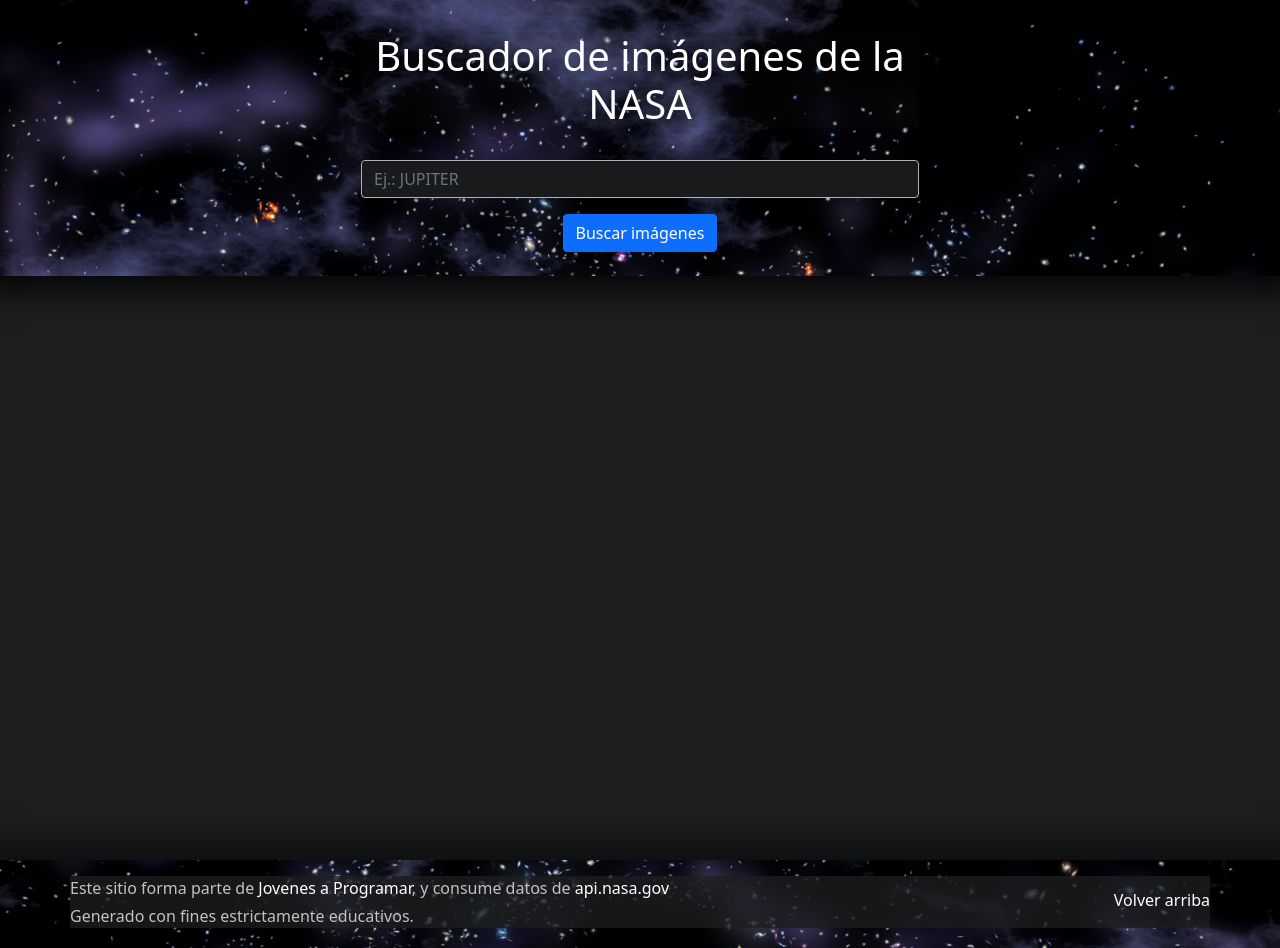
Repository: romancegirl/galaxies
Page: index.html
An editor plug-in stored every save of this project. The page is shown before and after the next save, followed by the edit.
The browser window is 1280 px wide. The pictures show the whole page.

Above is the page before, as saved 2024-11-30 05:43:43.

### index.html
<!doctype html>
<html lang="es">

<head>
  <meta charset="utf-8">
  <meta name="viewport" content="width=device-width, initial-scale=1">
  <title>Buscador de imágenes de la NASA</title>

  <link href="css/bootstrap.min.css" rel="stylesheet">
  <link rel="stylesheet" href="css/style.css">
</head>

<body>

  <header>
    <div id="intro">
      <div class="text-center container">
        <div class="row py-lg-3">
          <div class="col-lg-6 col-md-8 mx-auto" id="beggining">
            <h1 class="fw-light">Buscador de imágenes de la NASA</h1>
            <input type="search" class="form-control" name="buscar" id="inputBuscar" placeholder="Ej.: JUPITER">
            <button class="btn btn-primary my-2" id="btnBuscar">Buscar imágenes</button>
          </div>
        </div>
      </div>
    </div>
  </header>

  <main>
    <div class="container">
      <div id="contenedor">
      </div>
    </div>
  </main>


  <footer class="text-muted py-3">
    <div class="container back">
      <p class="float-end mb-1">
        <a href="#">Volver arriba</a>
      </p>
      <p class="mb-1">Este sitio forma parte de <a href="https://jovenesaprogramar.edu.uy/" target="_blank">
          Jovenes a Programar</a>, y consume datos de <a href="https://api.nasa.gov/" target="_blank">
          api.nasa.gov</a></p>
      <p class="mb-1">Generado con fines estrictamente educativos.</p>
    </div>
  </footer>

  <script src="https://cdn.jsdelivr.net/npm/bootstrap@5.3.1/dist/js/bootstrap.bundle.min.js"></script>
  <script src="js/space.js"></script>

</body>

</html>

### css/style.css
header {
    background-image: url(/img/header.png);
    background-size: cover;
    bottom: 0;
    width: 100%;
    box-shadow: 0 0 30px 20px rgba(0, 0, 0, 0.5);
}

body {
    background-color: #1C1E1F;
    color: #B2B1B0;
    display: flex;
    flex-direction: column;
    min-height: 100vh;
}

main {
    min-height: calc(100vh - 160px);
    flex-grow: 1;
}

.container {
    margin: 0 0 05;
    padding: 0;
}

#intro {
    padding-top: 1rem;
    position: relative;
    box-shadow: 0 0 20px 10px rgba(0, 0, 0, 0.5);
}

h1 {
    margin-bottom: 2rem;
    color: #fff;
    background-color: #1c1e1f1d;
}

#inputBuscar {
    margin-bottom: 0.5rem;
}

input[type="search"] {
    background-color: #181A1B;
    border: 1px solid #B2B1B0;
    color: #B2B1B0;
}

input[type="search"]:focus {
    box-shadow: 0 0 5px #2D79CC;
    background-color: #181A1B;
    border: 1px solid #2D79CC;
    color: #B2B1B0;
}

.form-control {
    margin-bottom: 0.5rem;
}


#contenedor {
    display: flex;
    flex-wrap: wrap;
    justify-content: center;
    gap: 1rem;
    align-items: center;
}

.card {
    width: 22rem;
    height: 500px;
    display: flex;
    flex-direction: column;
    overflow: hidden;
    margin-top: 2rem;
    background-color: #181A1B;
    color: #c3c2c2;
    box-shadow: 0 0 4px 4px #2d7acc66;
}

.card-img-top {
    width: 100%;
    height: 250px;
    object-fit: cover;
    margin-bottom: 0.8rem;
}

.card-body {
    height: 250px;
    overflow-y: auto;
    padding: 1rem;
}

.card-text {
    display: -webkit-box;
    -webkit-line-clamp: 3;
    -webkit-box-orient: vertical;
    overflow: hidden;
    transition: all 0.3s ease-in-out;
}

.card-text.more {
    -webkit-line-clamp: 3;
    overflow: hidden;
}

.card-text.full {
    -webkit-line-clamp: unset;
    overflow: visible;
}

#more {
    cursor: pointer;
    color: #007bff;
    text-decoration: none;
    display: block;
    margin-top: 10px;
}



footer {
    background-image: url(/img/footer.png);
    background-size: cover;
    bottom: 0;
    width: 100%;
    margin-top: 1.5rem;
    box-shadow: 0 0 30px 20px rgba(0, 0, 0, 0.5);
}

footer p {
    color: #c3c2c2
}

footer a {
    color: #ffffff;
    text-decoration: none;
}

footer a:hover {
    color: #9b9a9b;
    transform: scale(1.05);
    transition: color 0.3s, text-shadow 0.3s;
}

footer .float-end {
    transform: translateY(50%);
}

.back {
    background-color: #1c1e1fca;
width: 100%;
}



/* Para pantallas menores a 1200px (6-6 columnas) */
@media (max-width: 1199px) {
    .col-md-6,
    .col-md-4 {
        flex: 0 0 50%;
        max-width: 50%;
    }
}

/* Para pantallas menores a 768px (12 columnas, ocupan toda la fila) */
@media (max-width: 767px) {
    .col-md-6,
    .col-md-4,
    .col-lg-4 {
        flex: 0 0 100%;
        max-width: 100%;
    }
}

### js/space.js
// Función para alternar la visibilidad del texto
function toggleDescription(button) {
    const cardBody = button.closest('.card-body');
    const descriptionText = cardBody.querySelector('.card-text');

    // Alternar clases entre "more" y "full" en el texto de la descripción
    if (descriptionText.classList.contains('more')) {
        descriptionText.classList.remove('more');
        descriptionText.classList.add('full');
        button.textContent = 'Ver menos'; // Cambiar el texto del botón
    } else {
        descriptionText.classList.remove('full');
        descriptionText.classList.add('more');
        button.textContent = 'Ver más'; // Cambiar el texto del botón
    }
}

// Asegúrate de que el evento de clic esté correctamente asignado en el HTML generado
const inputBuscar = document.getElementById('inputBuscar');
const btnBuscar = document.getElementById('btnBuscar');
const contenedor = document.getElementById('contenedor');

const searchNASAImages = async () => {
    const query = inputBuscar.value.trim();

    if (!query) {
        alert('Por favor, ingresa un término de búsqueda.');
        return;
    }

    const nasaAPI = `https://images-api.nasa.gov/search?q=${query}`;

    try {
        const response = await fetch(nasaAPI);
        const data = await response.json();

        const items = data.collection.items;
        if (!items || items.length === 0) {
            contenedor.innerHTML = `
            <h3><strong>No hemos encontrado información relacionada a "${query}".</strong></h3>`;
            return;
        }

        contenedor.innerHTML = '';

        const row = document.createElement('div');
        row.className = 'row';

        items.forEach((item) => {
            const { title, description, date_created } = item.data[0];
            const imageUrl = item.links?.[0]?.href || 'https://via.placeholder.com/150';

            // Crear la tarjeta
            const card = document.createElement('div');
            // Ajuste de clases según tus requisitos:
            card.className = 'col-md-6 col-lg-4';

            // Contenido de la tarjeta
            card.innerHTML = `
                <div class="card">
                    <img src="${imageUrl}" class="card-img-top" alt="${title}">
                    <div class="card-body">
                        <h5 class="card-title">${title}</h5>
                        <p class="card-text more">${description || 'Descripción no disponible.'}</p>
                        ${description && description.length > 200 ? '<button class="btn btn-link" onclick="toggleDescription(this)">Ver más</button>' : ''}
                        <p class="card-text"><small class="text-muted">Fecha: ${new Date(date_created).toLocaleDateString()}</small></p>
                    </div>
                </div>
            `;

            const descriptionText = card.querySelector('.card-text');
            const moreButton = card.querySelector('#more');
            if (!description || description.length <= 200) {
                if (moreButton) {
                    moreButton.style.display = 'none';
                }
                descriptionText.classList.add('full');
            }

            row.appendChild(card);
        });

        contenedor.appendChild(row);
    } catch (error) {
        console.error('Error al obtener datos:', error);
        contenedor.innerHTML = `<p class="text-center text-danger">Ocurrió un error al obtener los datos.</p>`;
    }
};

btnBuscar.addEventListener('click', searchNASAImages);
inputBuscar.addEventListener('keydown', (event) => {
    if (event.key === 'Enter') {
        event.preventDefault();
        searchNASAImages();
    }
});

Loaded but not shown: css/bootstrap.min.css (library)

After the next save:
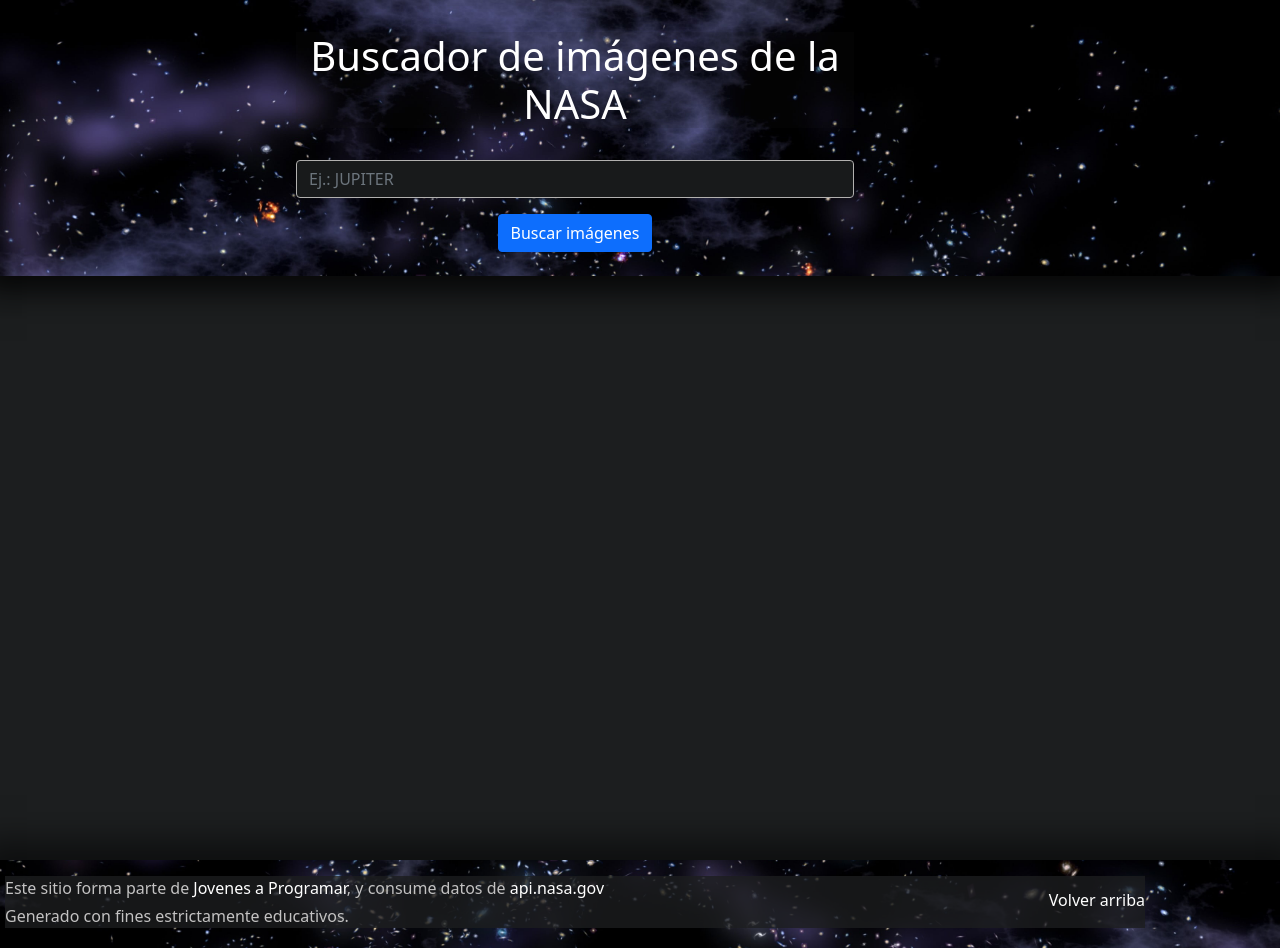
Saved 4 s later.
--- a/css/style.css
+++ b/css/style.css
@@ -20,7 +20,7 @@ main {
 }
 
 .container {
-    margin: 0 0 05;
+    margin: 0 0 0 5px;
     padding: 0;
 }
 
